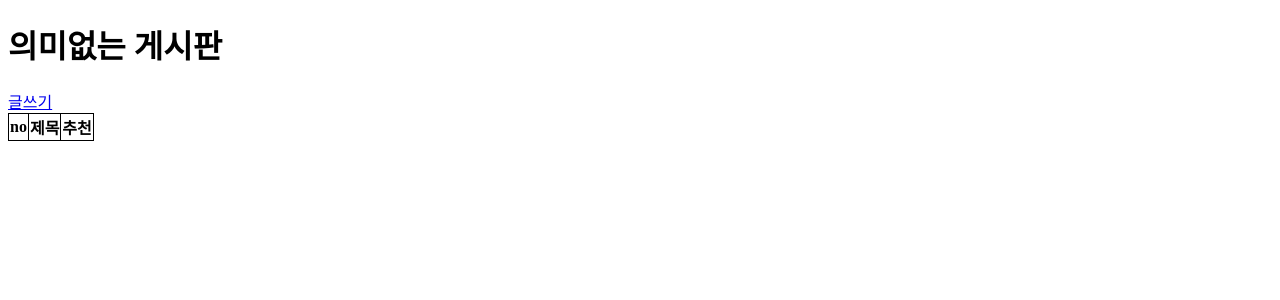
Repository: Bigdog93/WebworkspacePT
Page: http://localhost/BoardVer2/list
The author's editor kept a copy of each file at every save. The page is drawn from the files as they stood at one save, then again after the next save.
The browser window is 1280 px wide. The pictures show the whole page.
The page is served by Tomcat 9. Other server files are loaded and not shown.

Above is the page before, as saved 2021-04-27 06:01:34.

### WebWorkSpace/BoardVer2/src/main/webapp/WEB-INF/jsp/list.jsp
<%@ page language="java" contentType="text/html; charset=UTF-8"
    pageEncoding="UTF-8"%>
<%@ page import="com.board.boardVO.*"%>
<%@ page import="java.util.* " %>
<%
	List<BoardVO> db = (List<BoardVO>)request.getAttribute("database");
%>
<!DOCTYPE html>
<html>
<head>
<meta charset="UTF-8">
<style>
	table, th, td {
		border : 1px solid black;
		border-collapse : collapse;
	}
</style>
<title>Insert title here</title>
</head>
<body>
	<h1>의미없는 게시판</h1>
	<div id="write"><a href="/write"> 글쓰기</a></div>
	<div>
		<table>
			<tr>
				<th>no</th>
				<th>제목</th>
				<th>추천</th>
			</tr>
			<% for(int i = 0; i < db.size(); i++) { %>
			<tr>
				<td><%=db.get(i).getBoard_idx() %></td>
				<td><a href="/detail?no=<%=i %>"><%=db.get(i).getTitle() %></a></td>
				<td><%=db.get(i).getLike() %></td>
			<tr>
			<% } %>
		</table>
	</div>
</body>
</html>

### WebWorkSpace/BoardVer2/src/main/java/com/board/control/BoardListServlet.java
package com.board.control;

import java.io.IOException;
import javax.servlet.ServletException;
import javax.servlet.annotation.WebServlet;
import javax.servlet.http.HttpServlet;
import javax.servlet.http.HttpServletRequest;
import javax.servlet.http.HttpServletResponse;

import com.board.boardVO.Database;

@WebServlet("/list")
public class BoardListServlet extends HttpServlet {
	private static final long serialVersionUID = 1L;

	protected void doGet(HttpServletRequest request, HttpServletResponse response) throws ServletException, IOException {

		request.setAttribute("database", Database.getList());


		String url = "/WEB-INF/jsp/list.jsp";
		request.getRequestDispatcher(url).forward(request, response);
	}

	protected void doPost(HttpServletRequest request, HttpServletResponse response) throws ServletException, IOException {

	}

}

### WebWorkSpace/BoardVer2/src/main/java/com/board/boardVO/Database.java
package com.board.boardVO;

import java.util.ArrayList;
import java.util.List;

public class Database {
	private static List<BoardVO> list = new ArrayList<BoardVO>();

	public static List<BoardVO> getList() {
		return list;
	}
}

After the next save:
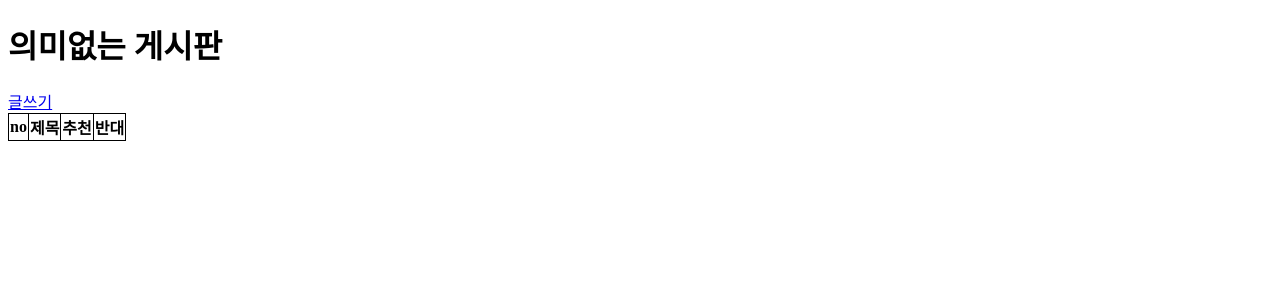
Saved 45 s later.
--- a/WebWorkSpace/BoardVer2/src/main/webapp/WEB-INF/jsp/list.jsp
+++ b/WebWorkSpace/BoardVer2/src/main/webapp/WEB-INF/jsp/list.jsp
@@ -26,12 +26,14 @@
 				<th>no</th>
 				<th>제목</th>
 				<th>추천</th>
+				<th>반대</th>
 			</tr>
 			<% for(int i = 0; i < db.size(); i++) { %>
 			<tr>
 				<td><%=db.get(i).getBoard_idx() %></td>
 				<td><a href="/detail?no=<%=i %>"><%=db.get(i).getTitle() %></a></td>
 				<td><%=db.get(i).getLike() %></td>
+				<td><%=db.get(i).getDislike() %>
 			<tr>
 			<% } %>
 		</table>
